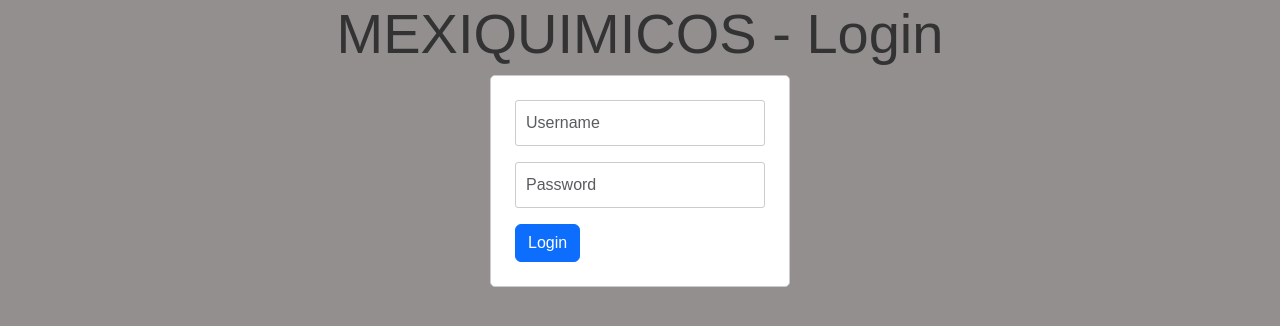
Repository: iDiv3r/MexiQuimicosIsay
Page: Index.html
These files come from the project's save history. The page is drawn as it stood at one moment and after the next save; the edit follows.
The browser window is 1280 px wide. The pictures show the whole page.

Above is the page before, as saved 2023-11-24 23:53:57.

After the next save:
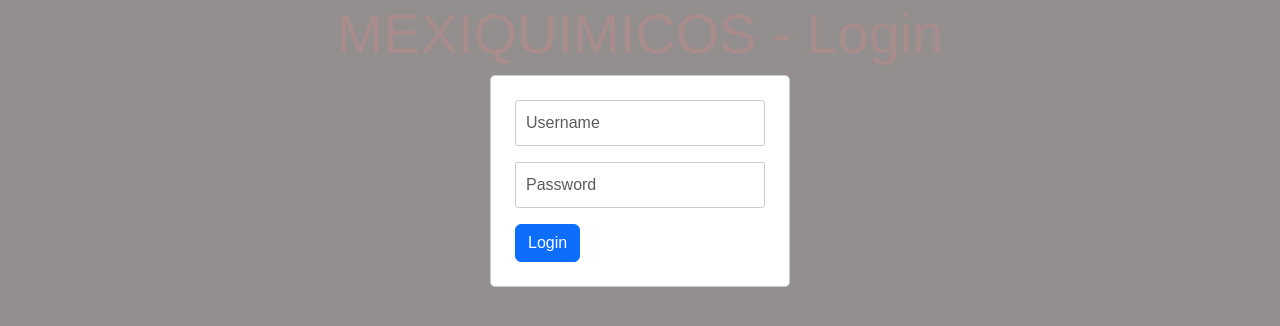
Saved 4 s later.
--- a/Index.html
+++ b/Index.html
@@ -12,7 +12,7 @@
 
     h1 {
       text-align: center;
-      color: #333;
+      color: #a98c8c;
     }
 
     form {
